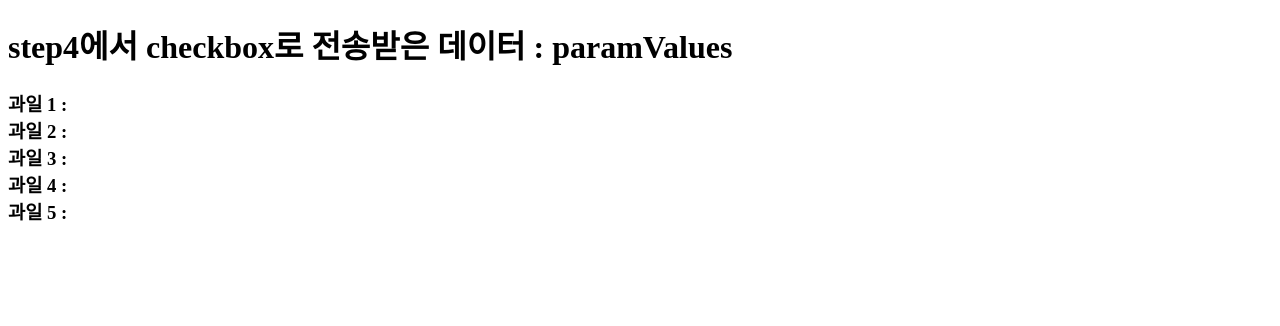
Repository: HaeunOh/study
Page: http://localhost/jstl_study/step-5.jsp
The author's editor kept a copy of each file at every save. The page is drawn from the files as they stood at one save, then again after the next save.
The browser window is 1280 px wide. The pictures show the whole page.
The page is served by Tomcat 9. Other server files are loaded and not shown.

Above is the page before, as saved 2024-04-11 03:52:19.

### _jstl_workspace/jstl_study/src/main/webapp/step-5.jsp
<%@ page language="java" contentType="text/html; charset=UTF-8"
    pageEncoding="UTF-8"%>
<!DOCTYPE html>
<html>
<head>
<meta charset="UTF-8">
<title>Insert title here</title>
</head>
<body>
	<h1>step4에서 checkbox로 전송받은 데이터 : paramValues</h1>
	<h3>
		과일 1 : ${paramValues.food[0] } <br>
		과일 2 : ${paramValues.food[1] } <br>
		과일 3 : ${paramValues.food[2] } <br>
		과일 4 : ${paramValues.food[3] } <br>
		과일 5 : ${paramValues.food[4] } <br>
	</h3>

</body>
</html>

After the next save:
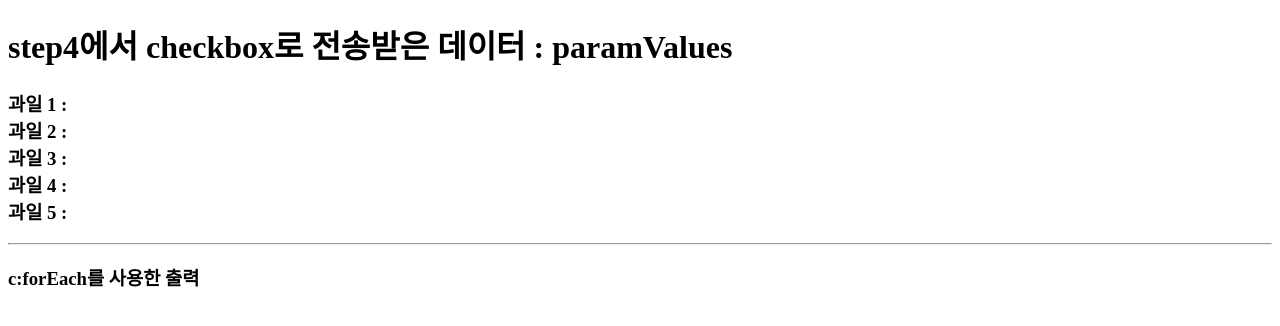
Saved 6 min 12 s later.
--- a/_jstl_workspace/jstl_study/src/main/webapp/step-5.jsp
+++ b/_jstl_workspace/jstl_study/src/main/webapp/step-5.jsp
@@ -1,5 +1,6 @@
 <%@ page language="java" contentType="text/html; charset=UTF-8"
     pageEncoding="UTF-8"%>
+    <%@ taglib uri="http://java.sun.com/jsp/jstl/core" prefix="c"%>
 <!DOCTYPE html>
 <html>
 <head>
@@ -16,5 +17,12 @@
 		과일 5 : ${paramValues.food[4] } <br>
 	</h3>
 
+	<hr>
+	<!-- varStatus의 index : 번지(0부터), count : 개수(1개부터 시작)-->
+	<h3>c:forEach를 사용한 출력</h3>
+	<c:forEach items="${paramValues.food }" var="foods" varStatus="i">
+	 	h4
+	</c:forEach>
+
 </body>
 </html>
